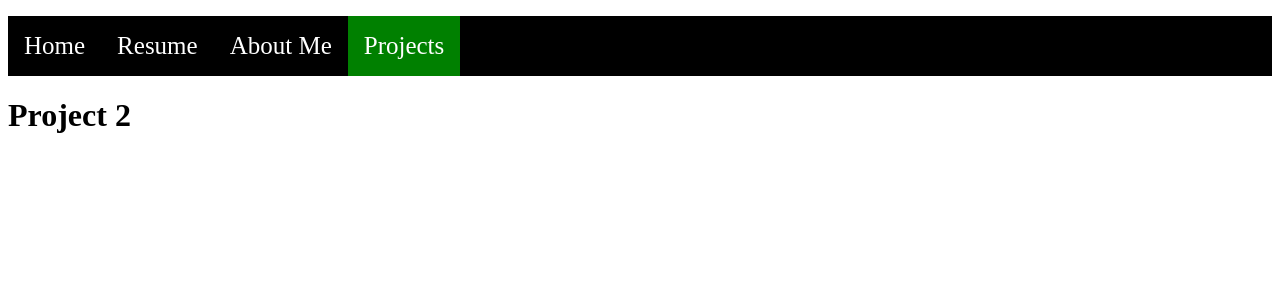
Repository: Coli-Pixel/Coli-Pixel.github.io
Page: project2.html
The author's editor kept a record of every edit. The page is drawn from the files as they stood at one moment, then again after the next edit.
The browser window is 1280 px wide. The pictures show the whole page.

Above is the page before.

After the next edit:
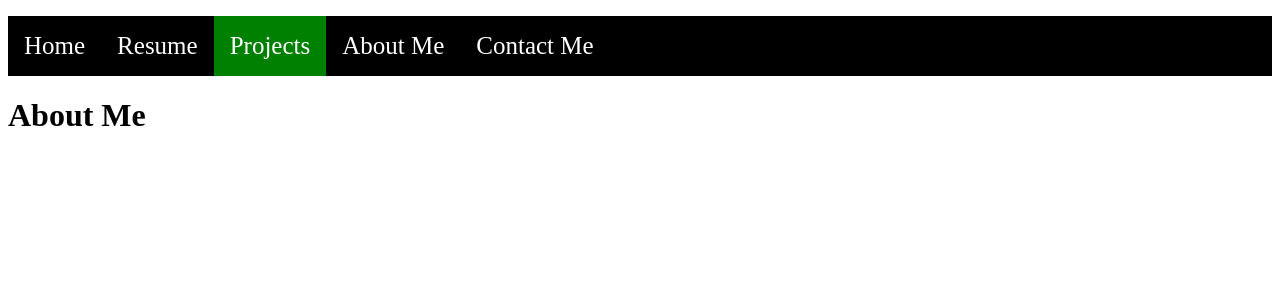
The edit:
--- a/project2.html
+++ b/project2.html
@@ -1,14 +1,13 @@
 <!DOCTYPE html>
 <html>
     <head>
-        <title>Home</title>
+        <title>Project 2</title>
         <link rel="stylesheet" type="text/css" href="style.css">
     </head>
     <body>
         <ul class="navbar">
             <li ><a href="/index.html">Home</a></li>
             <li><a href="/resume.html">Resume</a></li>
-            <li><a href="/about-me.html">About Me</a></li>
             <li class = "dropdown">
                 <div class="active">Projects</div>
                 <ul class="dropdown-content">
@@ -17,7 +16,9 @@
                     <li><a href="#">Project 3</a></li>
                 </ul>
             </li>
+            <li><a href="/about-me.html">About Me</a></li>
+            <li><a href="/contact-me.html">Contact Me</a></li>
         </ul>
-        <h1>Project 2</h1>
+        <h1>About Me</h1>
     </body>
 </html>
